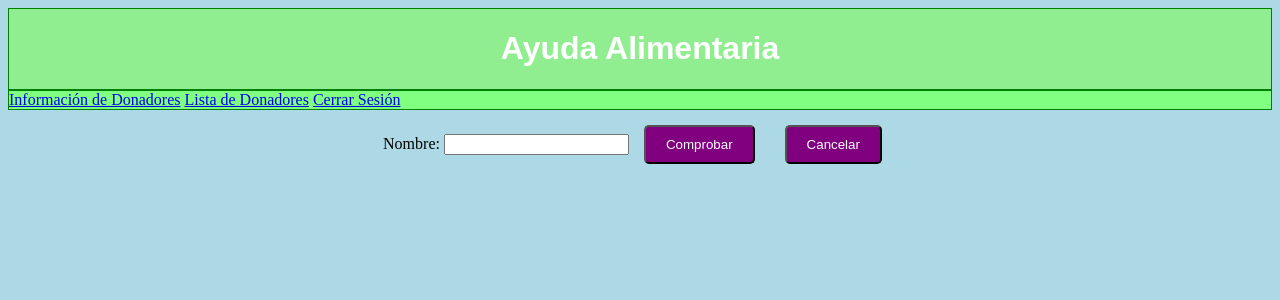
Repository: sonicspeed1/examen1_codigo_bryansantillan
Page: http://localhost/examen_1_bryan_santillan/Lista_donadores.jsp
The author's editor kept a copy of each file at every save. The page is drawn from the files as they stood at one save, then again after the next save.
The browser window is 1280 px wide. The pictures show the whole page.
The page is served by Tomcat 9. Other server files are loaded and not shown. Queries for data that is not in the repository find no rows.

Above is the page before, as saved 2024-05-26 22:03:52.

### examen_1_bryan_santillan/src/main/webapp/Lista_donadores.jsp
<%@ page language="java" contentType="text/html; charset=UTF-8"
    pageEncoding="UTF-8" import="usuario.*"%>
<!DOCTYPE html>
<html>
<head>
<meta charset="UTF-8">
<title>Lista</title>
<link href="estilo.css" rel="stylesheet"/>
</head>
<body class="cuerpo">
<div class="cuadro">
<h1 class="titulo">Ayuda Alimentaria</h1>
</div>
<nav>
<ul class="menu">
<li class="item"><a href="informacion_donadores.jsp">Información de Donadores</a></li>
<li class="item"><a href="Lista_donadores.jsp">Lista de Donadores</a></li>
<li class="item"><a href="cerrar_sesion.jsp">Cerrar Sesión</a></li>
</ul>
</nav>
<form action="informacion_donadores.jsp" method="post">
 <div class="item_login">
<label>Nombre: <input type="text" name="nom"></label>
<input type="submit" class="button" value="Comprobar">
<input type="reset" class="button" value="Cancelar">
</form>
</div>
<%
    usuario us = new usuario();
    String nombre = request.getParameter("nom");
    if (nombre != null && !nombre.isEmpty()) {
        out.print("<div>" + us.info_donacion(nombre) + "</div>");
    }
%>

</body>
</html>
</body>
</html>

### examen_1_bryan_santillan/src/main/java/usuario/usuario.java
package usuario;

import java.sql.PreparedStatement;
import java.sql.ResultSet;
import java.sql.SQLException;


import conexion.conexion;

public class usuario {

	 private conexion con=new conexion();
	 private String usuario,contraseña;
	 private int id_user,id_perfil;

	    public  int obtenerSiguienteValor() {
	     int contador =1;
	     String sql="select id_us from tb_usuario";
	     ResultSet rs=con.Consulta(sql);
	     try {
			while(rs.next()) {
				 if(rs.getInt(1)==contador) {
					contador++;
				 }
			 }
			rs.close();
		} catch (SQLException e) {
			// TODO Auto-generated catch block
			e.printStackTrace();
		}
	        		;
					return contador;
					}

	    public  int obtenerSiguienteValor1() {
		     int contador =1;
		     String sql="select id_don from tb_don";
		     ResultSet rs=con.Consulta(sql);
		     try {
				while(rs.next()) {
					 if(rs.getInt(1)==contador) {
						contador++;
					 }
				 }
				rs.close();
			} catch (SQLException e) {
				// TODO Auto-generated catch block
				e.printStackTrace();
			}
		        		;
						return contador;
						}


	    public boolean insertar_usuario(String nombre,String
	    		cedula,String correo,String Usuario,String contraseña) {
	    	boolean d1=false;
	    	 String sql = "INSERT INTO tb_usuario VALUES (?, ?, ?, ?, ?, ?,?)";
	    	  try {
				PreparedStatement pstmt = con.getConexion().prepareStatement(sql);
				 pstmt.setString(1, nombre);
				 pstmt.setString(2, cedula);
				 pstmt.setString(3, correo);
				 pstmt.setString(4, Usuario);
				 pstmt.setString(5, contraseña);
				 pstmt.setInt(6, obtenerSiguienteValor());
				 pstmt.setInt(7,1);
				 if(pstmt.executeUpdate()==1) {
					 return d1=true;
				 }
			} catch (SQLException e) {
				// TODO Auto-generated catch block
				e.printStackTrace();
			}
			return d1;

		}

	   public boolean validar(String user,String pass) {
		   boolean estado=false;
		   String sql="Select * from tb_usuario where usuario='"+user+
				   "' and contraseña='"+pass+"';";
		   ResultSet rs=con.Consulta(sql);
		   try {
			if(rs.next()) {
				estado=true;
				  setUsuario(user);
				  setContraseña(pass);
				  setId_user(rs.getInt(6));
				  setId_perfil(rs.getInt(7));
			   }else {
				   estado=false;
				   rs.close();
			   }
		} catch (SQLException e) {
			// TODO Auto-generated catch block
			e.printStackTrace();
		}
		return estado;
	   }

	   public String info_donacion(String nombre) {
		    String tabla = "";
		    String sql = "select nombre, cedula, count(*) from tb_usuario, tb_don "
		               + "where id_us = donador and estado!='espera' and  nombre = '" + nombre + "' "
		               + "group by nombre, cedula;";
		    ResultSet rs = con.Consulta(sql);
		    try {
		        tabla += "<table style='border-collapse: collapse; width: 100%;'>"
		               + "<tr style='background-color: green; color: white;'>"
		               + "<th style='border: 1px solid black; padding: 8px;'>NOMBRE</th>"
		               + "<th style='border: 1px solid black; padding: 8px;'>CEDULA</th>"
		               + "<th style='border: 1px solid black; padding: 8px;'>DONACION</th>"
		               + "</tr>";
		        while (rs.next()) {
		            tabla += "<tr>"
		                   + "<td style='border: 1px solid black; padding: 8px;'>" + rs.getString(1) + "</td>"
		                   + "<td style='border: 1px solid black; padding: 8px;'>" + rs.getString(2) + "</td>"
		                   + "<td style='border: 1px solid black; padding: 8px;'>" + rs.getInt(3) + "</td>"
		                   + "</tr>";
		        }
		        tabla += "</table>";
		        rs.close();
		    } catch (SQLException e) {
		        e.printStackTrace();
		    }
		    return tabla;
		}

	 public String Lista() {
		 String tabla="";
		 String sql="select nombre,beneficiario,origen,destino,recurso,estado"
		 		+ "from tb_don,tb_usuario where id_us=donador;";
		 ResultSet rs=con.Consulta(sql);
		 try {
			 tabla += "<table style='border-collapse: collapse; width: 100%;'>"
		               + "<tr style='background-color: green; color: white;'>"
		               + "<th style='border: 1px solid black; padding: 8px;'>NOMBRE</th>"
		               + "<th style='border: 1px solid black; padding: 8px;'>BENEFICIARIO</th>"
		               + "<th style='border: 1px solid black; padding: 8px;'>ORIGEN</th>"
		               + "<th style='border: 1px solid black; padding: 8px;'>DESTINO</th>"
		               + "<th style='border: 1px solid black; padding: 8px;'>RECURSO</th>"
		               + "<th style='border: 1px solid black; padding: 8px;'>ESTADO</th>"
		               + "</tr>";
			while(rs.next()) {
				tabla += "<tr>"
		                   + "<td style='border: 1px solid black; padding: 8px;'>" + rs.getString(1) + "</td>"
		                   + "<td style='border: 1px solid black; padding: 8px;'>" + rs.getString(2) + "</td>"
		                   + "<td style='border: 1px solid black; padding: 8px;'>" + rs.getString(3) + "</td>"
				           + "<td style='border: 1px solid black; padding: 8px;'>" + rs.getString(4) + "</td>"
				           + "<td style='border: 1px solid black; padding: 8px;'>" + rs.getString(5) + "</td>"
						  + "<td style='border: 1px solid black; padding: 8px;'>" + rs.getString(6) + "</td>"
		                   + "</tr>";
			 }
			   tabla += "</table>";
		} catch (SQLException e) {
			// TODO Auto-generated catch block
			e.printStackTrace();
		}
		return sql;
	 }

	public String getContraseña() {
		return contraseña;
	}


	public void setContraseña(String contraseña) {
		this.contraseña = contraseña;
	}


	public String getUsuario() {
		return usuario;
	}


	public void setUsuario(String usuario) {
		this.usuario = usuario;
	}


	public int getId_user() {
		return id_user;
	}


	public void setId_user(int id_user) {
		this.id_user = id_user;
	}


	public int getId_perfil() {
		return id_perfil;
	}


	public void setId_perfil(int id_perfil) {
		this.id_perfil = id_perfil;
	}

	public boolean insertar_recurso(String beneficiario,String origen
    		,String destino,String recurso,int id_user) {
    	boolean d1=false;
    	 String sql = "INSERT INTO tb_don VALUES (?, ?, ?, ?, ?, ?,?)";
    	  try {
			PreparedStatement don = con.getConexion().prepareStatement(sql);
			don.setInt(1,obtenerSiguienteValor1());
			don.setString(2, beneficiario);
			don.setString(3, origen);
			don.setString(4,destino);
			don.setString(5, recurso);
			don.setString(6,"espera");
			don.setInt(7, id_user);
			 if(don.executeUpdate()==1) {
				 return d1=true;
			 }
		} catch (SQLException e) {
			// TODO Auto-generated catch block
			e.printStackTrace();
		}
		return d1;

	}
}

### examen_1_bryan_santillan/src/main/java/conexion/conexion.java
package conexion;

import java.sql.Connection;
import java.sql.DriverManager;
import java.sql.ResultSet;
import java.sql.Statement;

public class conexion {
	private Statement St;
	private String driver;
	private String user;
	private String pwd;
	private String cadena;
	private Connection con;

	String getDriver()
	{
		return this.driver;
	}
	String getUser()
	{
		return this.user;
	}
	String getPwd()
	{
		return this.pwd;
	}
	String getCadena()
	{
		return this.cadena;
	}
	public Connection getConexion()
	{
		return this.con;
	}

	public conexion() {

		this.driver ="org.postgresql.Driver";
		this.user="postgres";
		this.pwd="1234";
		this.cadena="jdbc:postgresql://localhost:5432/bd_donacion";
		this.con=this.crearConexion();

	}

	Connection crearConexion()
	{
		try {
			Class.forName("org.postgresql.Driver");
			}
			catch (ClassNotFoundException e) {

			}

		try
		{
			Class.forName(getDriver()).newInstance();
			Connection con=DriverManager.getConnection(getCadena(),getUser(),getPwd());
			return con;
		}
	catch(Exception ee)
	{
		System.out.println("Error: " + ee.getMessage());
		return null;
	}
	}


	public String Ejecutar(String sql)
	{
	String error="";
	try
	{
	St=getConexion().createStatement();
	St.execute(sql);
	error="Datos insertados";
	}
	catch(Exception ex)
	{
	error = ex.getMessage();
	}
	return(error);
	}



	public ResultSet Consulta(String sql)
	{
	String error="";
	ResultSet reg=null;

	try
	{
	St=getConexion().createStatement();
	reg=St.executeQuery(sql);


	}
	catch(Exception ee)
	{
	error = ee.getMessage();
	}
	return(reg);
	}
}

### examen_1_bryan_santillan/src/main/webapp/estilo.css
@charset "UTF-8";
.cuerpo{
	background-color: lightblue;
}
.cuadro{
	background-color:lightgreen;
	border: 1px solid green;
	display: block;

}
.cuadro2 {
    background-color: #b4aed0;
    border-radius: 5px;
    border: 1px solid purple;
    height: 400px;
    width: 400px;
}
.cuadro3{
	    background: linear-gradient(to right,red,pink);
	    text-align:center;
	    color: white;
	     border: 1px solid darkred;
}
.titulo{
	color: white;
	transition: color 0.3s, text-shadow 0.3s;
	font-family: 'Comic Sans MS', cursive, sans-serif;
	 text-align: center;
}

.titulo:hover {
    color: blue;
    text-shadow: 2px 2px 5px rgba(0, 0, 0, 0.5);
}
.menu{
	list-style-type: none;
    padding: 0;
    background-color: #80ff80;
    border: 1px solid green;
    margin: 0 auto;
    }
.item {
    display: inline-block;
    position: relative;
}
.container {
    display: flex;
    justify-content: center;
    align-items: center;
    margin-top: 20px;
}
.titulo2{
	color: white;
	transition: color 0.3s, text-shadow 0.3s;
	font-family: 'Comic Sans MS', cursive, sans-serif;
	 text-align: center;
}

.titulo2:hover {
    color: red;
    text-shadow: 2px 2px 5px rgba(0, 0, 0, 0.5);
}
.item_login{
	   display: flex;
    justify-content: center;
    align-items: center;
    margin-bottom: 20px;
}
.button{
	background-color: purple;
	border-radius: 5px;
	color: white;
	padding: 10px 20px;
	margin: 15px;
	font-family: 'Comic Sans MS', cursive, sans-serif;
}
.hiper{
	margin-right: 25px;
}

.item_reg{
	   display: flex;
	   margin-bottom:20px;
}

After the next save:
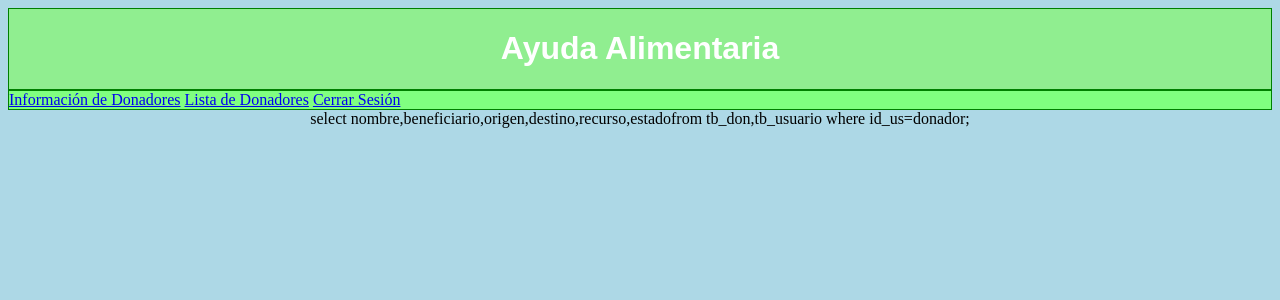
Saved 3 min 38 s later.
--- a/examen_1_bryan_santillan/src/main/webapp/Lista_donadores.jsp
+++ b/examen_1_bryan_santillan/src/main/webapp/Lista_donadores.jsp
@@ -18,22 +18,11 @@
 <li class="item"><a href="cerrar_sesion.jsp">Cerrar Sesión</a></li>
 </ul>
 </nav>
-<form action="informacion_donadores.jsp" method="post">
- <div class="item_login">
-<label>Nombre: <input type="text" name="nom"></label>
-<input type="submit" class="button" value="Comprobar">
-<input type="reset" class="button" value="Cancelar">
-</form>
-</div>
+<div class="item_login">
 <%
     usuario us = new usuario();
-    String nombre = request.getParameter("nom");
-    if (nombre != null && !nombre.isEmpty()) {
-        out.print("<div>" + us.info_donacion(nombre) + "</div>");
-    }
+    out.print(us.Lista());
 %>
-
+</div>
 </body>
 </html>
-</body>
-</html>
